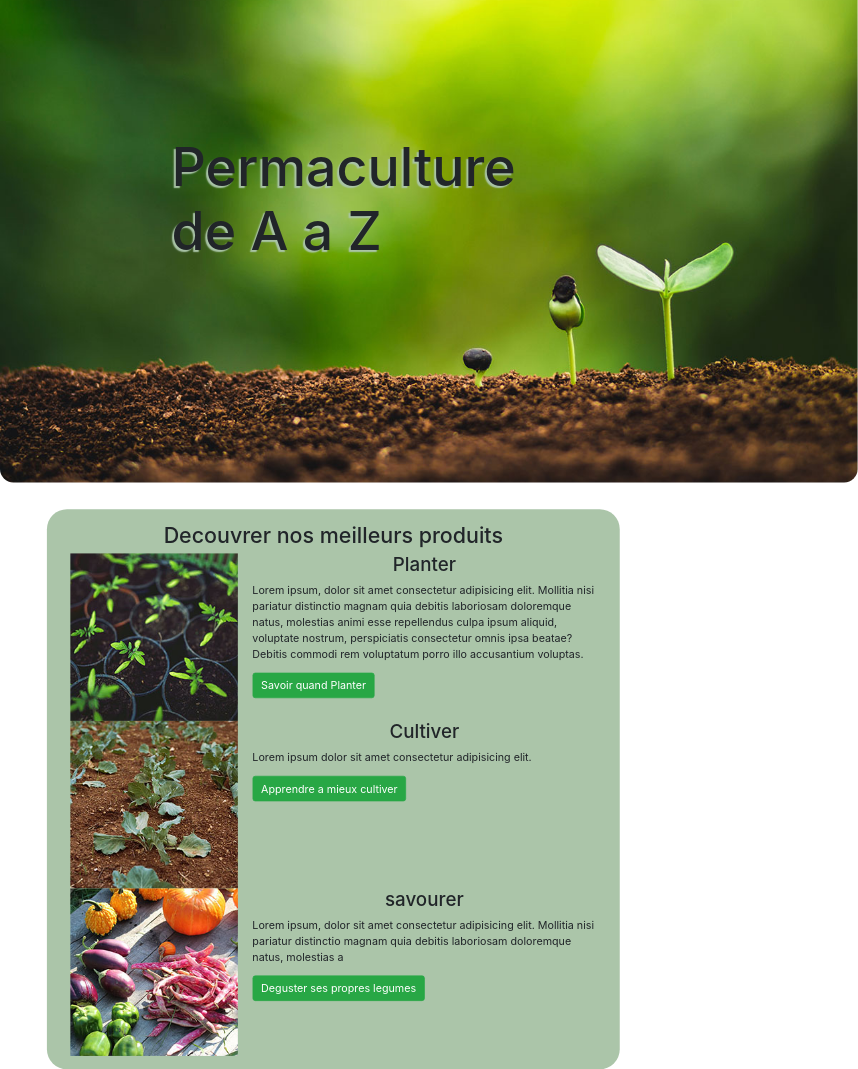
Repository: ahthionkevin/permaculture
Page: index.html
The author's editor kept a copy of each file at every save. The page is drawn from the files as they stood at one save, then again after the next save.
The browser window is 1280 px wide. The pictures show the whole page, at 67% of full size.

Above is the page before, as saved 2021-07-06 21:51:50.

After the next save:
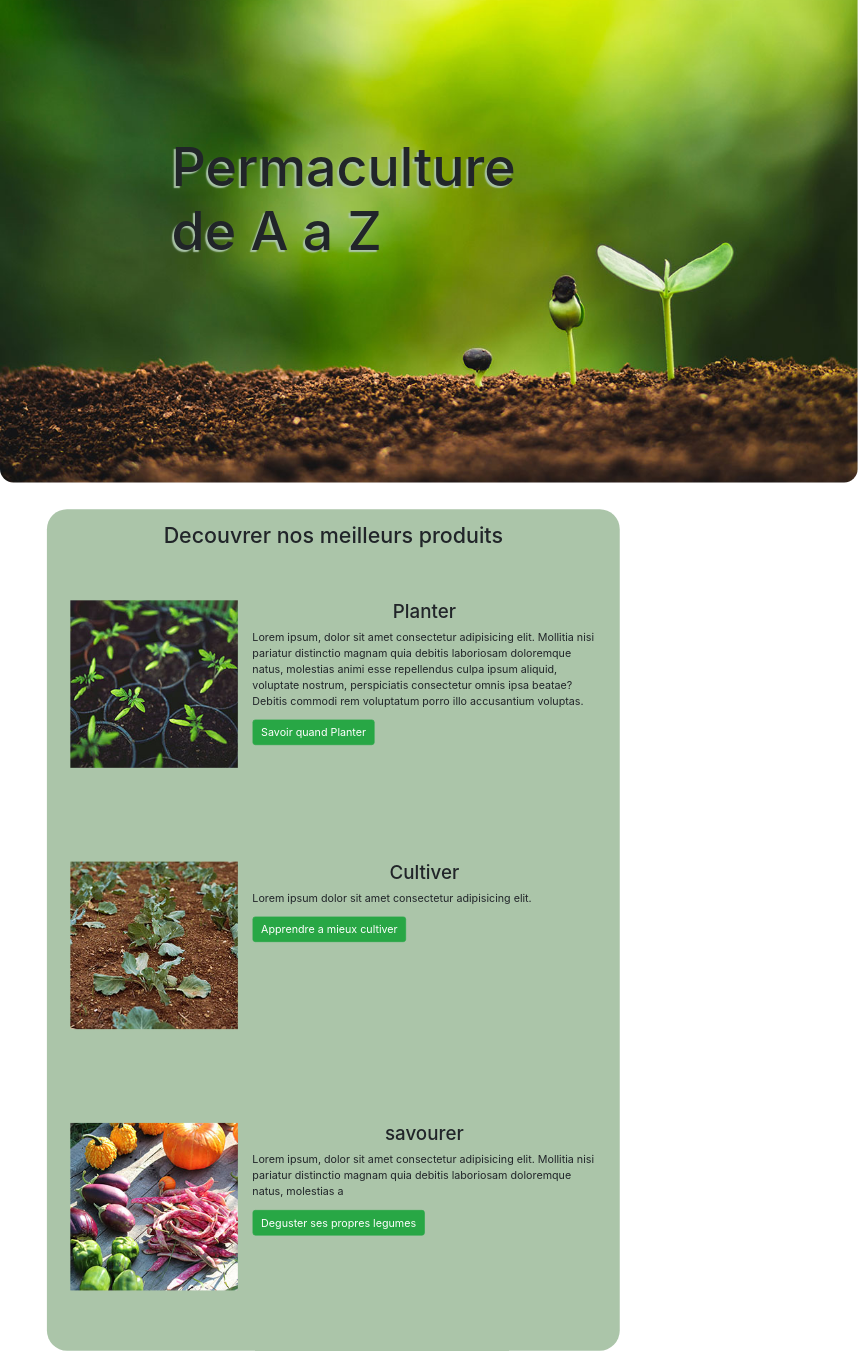
Saved 83 s later.
--- a/style.css
+++ b/style.css
@@ -39,3 +39,7 @@ h1{
     border-radius: 30px;
     padding: 20px;
 }
+
+.element{
+    padding: 70px 0;
+}
